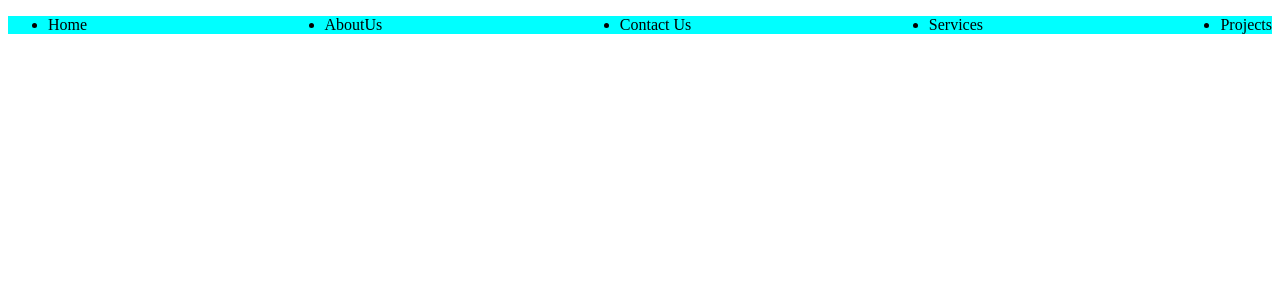
Repository: Raviteja6671/Django
Page: myProject/basic/templates/welcome.html
An editor plug-in stored every save of this project. The page is shown before and after a run of saves, followed by the edit.
The browser window is 1280 px wide. The pictures show the whole page.

Above is the page before, as saved 2025-12-07 20:23:32.

After the next 5 saves:
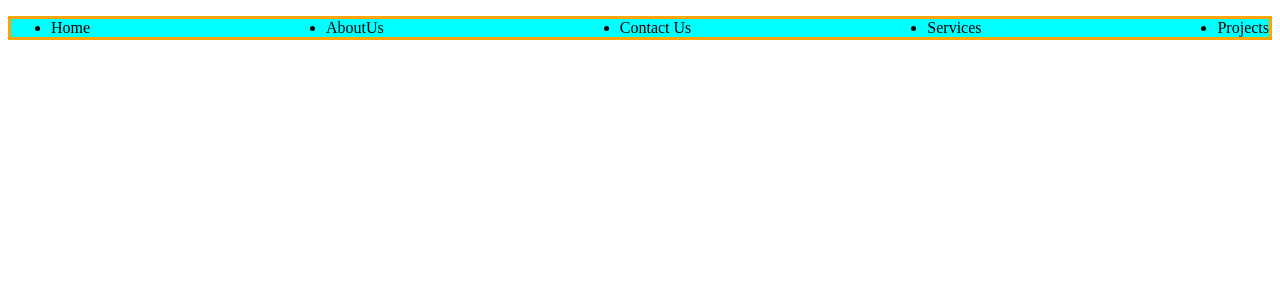
The 5 saves are shown as one change because they came seconds apart.
The last was saved 17 s later.
--- a/myProject/basic/templates/welcome.html
+++ b/myProject/basic/templates/welcome.html
@@ -9,7 +9,8 @@
             display: flex;
             justify-content: space-between;
             background-color: aqua;
-            border: ;
+            border: 3px solid orange;
+
         }
 
     </style>
